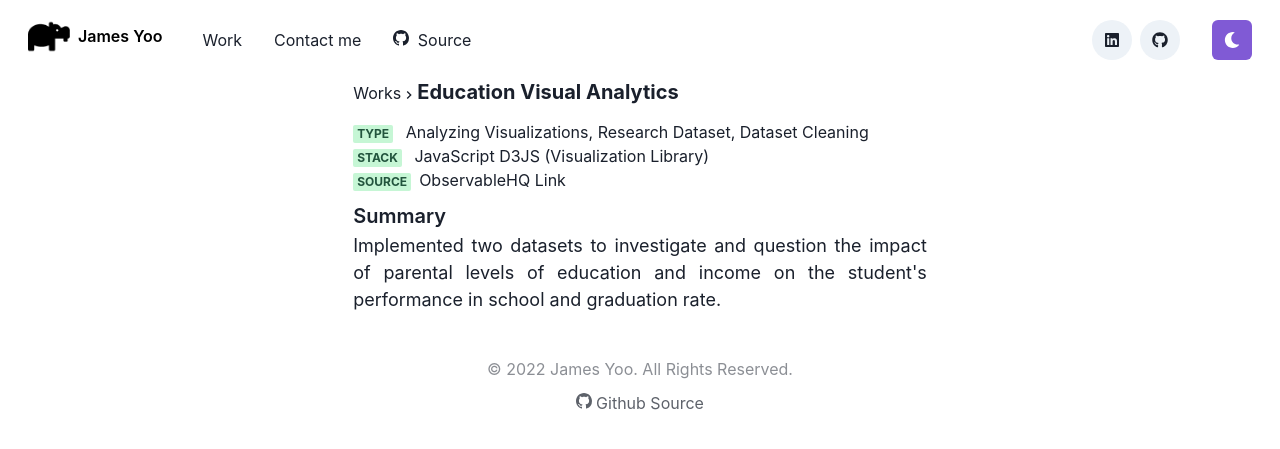
Repository: jammy729/portfolio-2022
Page: /work/educationvisualanalytics
An editor plug-in stored every save of this project. The page is shown before and after a run of saves, followed by the edit.
The browser window is 1280 px wide. The pictures show the whole page.
The project was rebuilt for these pictures with package versions that can differ from the ones it lists, and the page was loaded fresh each time. Also part of the build but not shown: src/components/home.js, src/components/contact.js, src/components/layouts/layout.js, src/components/work/work.js, src/components/work/Development/WorldInstitutionDatabase/worldinstitutiondatabase.js, src/components/work/Development/GeoMemories/geomemories.js, src/components/work/Design/ExperienceDesign/experiencedesign.js, src/components/work/Development/PersonalPortfolio/personalportfolio.js. Imported but missing from the stored project, and not drawn on this page: src/components/work/Design/FinestCup/finestcup, src/components/work/Development/WorldInstitutionDatabase/universityDatabase.mp4.

Above is the page before, as saved 2022-06-28 14:49:06.

### public/index.html
<!DOCTYPE html>
<html lang="en">
  <head>
    <meta charset="utf-8" />
    <meta name="viewport" content="width=device-width, initial-scale=1" />

    <link rel="shortcut icon" href="%PUBLIC_URL%/hippo.png" />
    <link rel="manifest" href="%PUBLIC_URL%/manifest.json" />

    <title>James Yoo</title>
  </head>
  <body>
    <div id="root"></div>
  </body>
</html>

### src/index.js
import React from 'react'
import ReactDOM from 'react-dom/client'
import './index.css'
import App from './components/App'
import { ChakraProvider, ColorModeScript } from '@chakra-ui/react'

const root = ReactDOM.createRoot(document.getElementById('root'))
root.render(
  <React.StrictMode>
    <ChakraProvider>
      <ColorModeScript initialColorMode='light' />
      <App />
    </ChakraProvider>
  </React.StrictMode>
)

### src/index.css
html, body {
    height: 100%;
  }

### src/components/App.js
import React from 'react'
import Navbar from './navbar'
import { BrowserRouter as Router, Routes, Route } from 'react-router-dom'
import Home from './home'
import Contact from './contact'
import Work from './work/work'
import Footer from './footer'

import UniversityDatabase from './work/Development/WorldInstitutionDatabase/worldinstitutiondatabase'
import GeoMemories from './work/Development/GeoMemories/geomemories'
import FinestCup from './work/Design/FinestCup/finestcup'
import ExperienceDesign from './work/Design/ExperienceDesign/experiencedesign'
import EducationVisualAnalytic from './work/Development/EducationVisualAnalytics/educationvisualanalytics'
import PersonalPortfolio from './work/Development/PersonalPortfolio/personalportfolio'

const App = () => {
  return (
    <Router>
      <Navbar />
      <Routes>
        <Route exact path='/' element={<Home />} />

        <Route exact path='/work' element={<Work />} />
        <Route
          exact
          path='/work/worldinstitutiondatabase'
          element={<UniversityDatabase />}
        />
        <Route exact path='/work/geomemories' element={<GeoMemories />} />
        <Route
          exact
          path='/work/educationvisualanalytics'
          element={<EducationVisualAnalytic />}
        />
        <Route
          exact
          path='/work/personalportfolio'
          element={<PersonalPortfolio />}
        />

        <Route exact path='/work/finestcup' element={<FinestCup />} />
        <Route
          exact
          path='/work/experiencedesign'
          element={<ExperienceDesign />}
        />
        <Route exact path='/contact' element={<Contact />} />
      </Routes>
      <Footer />
    </Router>
  )
}

export default App

### src/components/navbar.js
import { Link } from 'react-router-dom'
import { IconButton } from '@chakra-ui/button'
import { useColorMode } from '@chakra-ui/color-mode'
import { HamburgerIcon } from '@chakra-ui/icons'
import { GoMarkGithub } from 'react-icons/go'
import {
  Flex,
  Stack,
  HStack,
  Spacer,
  MenuItem,
  MenuButton,
  Menu,
  MenuList,
  Box,
  MenuGroup,
  Text,
  Icon
} from '@chakra-ui/react'
import { FaSun, FaMoon, FaGithub, FaLinkedin } from 'react-icons/fa'

import Logo from './logo'
const Navbar = () => {
  const { colorMode, toggleColorMode } = useColorMode()
  const isDark = colorMode === 'dark'
  return (
    <Stack direction={'row'} p={5}>
      <Flex w='full' mx={2}>
        <Logo />

        <HStack
          ml={7}
          justifyContent='center'
          display={{ base: 'none', lg: 'flex' }}
        >
          <Menu>
            <Box px={3}>
              <Link to='./work'>
                <Text>Work</Text>
              </Link>
            </Box>
            <Box px={3}>
              <Link to='/contact'>Contact me</Link>
            </Box>
            <Box px={3} alignItems='center' display='inline-flex'>
              <a
                href='https://github.com/jammy729/portfolio-2022'
                target='blank'
              >
                <Icon as={GoMarkGithub} mr={1} /> Source
              </a>
            </Box>
          </Menu>
        </HStack>

        <Spacer />

        <Box flex={3} align='right' fontSize='md' fontWeight='semibold'>
          <Box flex={1} display={{ base: 'inline-block', lg: 'none' }}>
            <Menu isLazy id='navbar-menu'>
              <IconButton
                boxSize='3rem'
                mx={1}
                icon={isDark ? <FaSun /> : <FaMoon />}
                onClick={toggleColorMode}
                colorScheme={isDark ? 'orange' : 'purple'}
              />
              <MenuButton
                boxSize='3rem'
                as={IconButton}
                icon={<HamburgerIcon />}
                aria-label='Options'
                colorScheme={isDark ? 'blue' : 'blackAlpha'}
              />
              <MenuList w={['80vw', '50vw']}>
                <MenuGroup>
                  <MenuItem pl={5}>
                    <Link to='./work'>Work</Link>
                  </MenuItem>
                  <MenuItem pl={5}>
                    <Link to='./contact'>Contact</Link>
                  </MenuItem>
                  <MenuItem pl={5}>
                    <a
                      href='https://www.linkedin.com/in/james-yoo-b4a1231a5/'
                      target='blank'
                    >
                      <Icon as={FaLinkedin} mr={1} />
                      LinkedIn
                    </a>
                  </MenuItem>
                  <MenuItem pl={5}>
                    <a href='https://github.com/jammy729' target='blank'>
                      <Icon as={GoMarkGithub} mr={1} />
                      GitHub
                    </a>
                  </MenuItem>
                </MenuGroup>
              </MenuList>
            </Menu>
          </Box>
        </Box>

        <Box display={{ base: 'none', lg: 'flex' }}>
          <a
            href='https://www.linkedin.com/in/james-yoo-b4a1231a5/'
            target='blank'
          >
            <IconButton
              icon={<FaLinkedin />}
              isRound='true'
              linkButton={true}
              mx={2}
            />
          </a>
          <a href='https://github.com/jammy729' target='blank'>
            <IconButton icon={<FaGithub />} isRound='true' linkButton={true} />
          </a>
          <IconButton
            ml={8}
            icon={isDark ? <FaSun /> : <FaMoon />}
            onClick={toggleColorMode}
            colorScheme={isDark ? 'orange' : 'purple'}
          />
        </Box>
      </Flex>
    </Stack>
  )
}

export default Navbar

### src/components/footer.js
import { Box, Icon, Text, Container, HStack } from '@chakra-ui/react'
import styled from '@emotion/styled'
import { GoMarkGithub } from 'react-icons/go'

const Bottom = styled.div`
  position: relative;
  width: 100%;
  text-align: center;
  padding-bottom: 10px;
`

const Footer = () => {
  return (
    <Box as='footer'  w="100%" position="absolute" justifyContent="space-between" mt='2rem'>
      <Container opacity={0.5}>
        <Bottom>
          &copy; {new Date().getFullYear()} James Yoo. All Rights Reserved.
        </Bottom>
      </Container>

      <HStack>
        <Bottom>
          <a
            href='https://github.com/jammy729/portfolio-2022'
            target='_blank'
            rel='noopener noreferrer'
          >
            <Text
              opacity={0.7}
              _hover={{
                opacity: '1'
              }}
            >
              <Icon as={GoMarkGithub} mr={1} />
              Github Source
            </Text>
          </a>
        </Bottom>
      </HStack>
    </Box>
  )
}

export default Footer

### src/components/work/Development/EducationVisualAnalytics/educationvisualanalytics.js
import React from 'react'
import { Title, WorkImage, Tag } from '../../../layouts/work-grid'
import { Box, Container, List, ListItem } from '@chakra-ui/react'
import { Writing, DescriptionText } from '../../layout'

const EducationVisualAnalytics = () => {
  return (
    <Box>
      <Container>
        <Title>Education Visual Analytics</Title>

        {/* BADGES  */}
        <List>
          <ListItem>
            <Tag> Type </Tag> Analyzing Visualizations, Research Dataset,
            Dataset Cleaning
          </ListItem>
          <ListItem>
            <Tag> Stack </Tag> JavaScript D3JS (Visualization Library)
          </ListItem>
          <ListItem>
            <Tag> Source </Tag>
            <a href='https://observablehq.com/@jamesyoo/iat-355-final-project-spring-2021/2'>
              ObservableHQ Link
            </a>
          </ListItem>
        </List>

        {/* SUMMARY   */}
        <Writing size='md' title='Summary' />
        <DescriptionText>
          Implemented two datasets to investigate and question the impact of
          parental levels of education and income on the student's performance
          in school and graduation rate.
        </DescriptionText>
      </Container>
    </Box>
  )
}

export default EducationVisualAnalytics

/* <Center>
<Container>
  <Title>Education Visual Analytic</Title>
  <Text fontSize={isLargeScreen ? "lg" : "lg"} py={3}>
    Designed and implemented an interactive visualization for
    multidimensional data using Observable.{" "}
  </Text>
  <Text fontSize={isLargeScreen ? "lg" : "lg"} py={3}>
    Implemented two datasets to investigate and question the impact of
    parental levels of education and income on the student's performance
    in school and graduation rate.
  </Text>
  <List py={2}>
    <ListItem>
      <Tag>Type</Tag> Academic Project
    </ListItem>
    <ListItem>
      <Tag>Stack</Tag> JavaScript and D3JS (visualization library)
    </ListItem>
    <ListItem>
      <Tag>Website</Tag>{" "}
      <a href="https://observablehq.com/@jamesyoo/iat-355-final-project-spring-2021/2">
        https://observablehq.com/@jamesyoo/iat-355-final-project-spring-2021/2
      </a>
    </ListItem>
  </List>
</Container>
</Center> */

### src/components/logo.js
import React from 'react'
import { Box, Center, Image, Heading, Text } from '@chakra-ui/react'
import { Link } from 'react-router-dom'
import { useColorMode } from '@chakra-ui/color-mode'
import styled from '@emotion/styled'
import HippoImg from '../contents/hippo.png'
import HippoImgDark from '../contents/hippo-dark.png'
import { useMediaQuery } from '@chakra-ui/react'

const LogoBox = styled.span`
  display: inline-flex;
  align-items: center;

  &:hover img {
    transform: rotate(-10deg);
  }
`
const Logo = () => {
  const { colorMode } = useColorMode()
  const isDark = colorMode === 'dark'
  const [isLargeScreen] = useMediaQuery('(min-width:750px)')
  return (
    <Box>
      <Center>
        <LogoBox>
          <Image
            src={isDark ? HippoImgDark : HippoImg}
            w={{ base: '50px' }}
            pr={2}
          />
          <Heading
            justifyContent='center'
            size={isLargeScreen ? 'md' : 'md'}
            fontWeight='semibold'
            color={isDark ? 'white' : 'black'}
          >
            <Link to='/'>
              <Text fontSize='md'>James Yoo</Text>
            </Link>
          </Heading>
        </LogoBox>
      </Center>
    </Box>
  )
}

export default Logo

### src/components/layouts/work-grid.js
import React from 'react'
import { Link } from 'react-router-dom'
import {
  Box,
  LinkBox,
  LinkOverlay,
  Text,
  Image,
  Heading,
  Badge,
  Center
} from '@chakra-ui/react'
import { useMediaQuery } from '@chakra-ui/media-query'
import { ChevronRightIcon } from '@chakra-ui/icons'
import { useColorMode } from '@chakra-ui/color-mode'

export const WorkGrid = ({ children, id, title, thumbnail }) => {
  const [isLargeScreen] = useMediaQuery('(min-width:750px)')

  return (
    <Box maxW='100%' maxH='auto' pb={6} textAlign='center' position='relative'>
      <Link to={`/work/${id}`}>
        <LinkBox cursor='pointer'>
          <Image
            objectFit='cover'
            margin='auto'
            src={thumbnail}
            alt={title}
            placeholder='blur'
            w='100%'
            h={isLargeScreen ? '300px' : '270px'}
            borderRadius='lg'
            fallbackSrc='https://via.placeholder.com/150'
          />
          <LinkOverlay to={`/work/${id}`}>
            <Text mt={2} fontSize={20} fontWeight='semibold'>
              {title}
            </Text>
          </LinkOverlay>
          <Text fontSize={14} px={5}>
            {children}
          </Text>
        </LinkBox>
      </Link>
    </Box>
  )
}

export const Title = ({ children }) => (
  <Box>
    <Link to='/work'>Works</Link>
    <span>
      <ChevronRightIcon />
    </span>
    <Heading display='inline-block' as='h3' fontSize={20} mb={4}>
      {children}
    </Heading>
  </Box>
)

export const WorkImage = ({ src, alt, caption, w }) => {
  const { colorMode } = useColorMode()

  const isDark = colorMode === 'dark'
  return (
    <Box mb={3}>
      <Image borderRadius='2xl' w={w} src={src} alt={alt} mt={4} />
      <Center>
        <Text color={isDark ? 'gray.300' : 'gray.500'}>{caption}</Text>
      </Center>
    </Box>
  )
}

export const Tag = ({ children }) => (
  <Badge colorScheme='green' mr={2}>
    {children}
  </Badge>
)

### src/components/work/layout.js
import React from 'react'
import { Link } from 'react-router-dom'
import { useColorMode } from '@chakra-ui/color-mode'
import { useMediaQuery } from '@chakra-ui/media-query'

import {
  Center,
  Flex,
  Box,
  Text,
  Button,
  Stack,
  Heading,
  Image
} from '@chakra-ui/react'
import profile from '../work/Home/profile.JPG'
export const HeroSection = ({ name, role, work, contact, src }) => {
  const { colorMode } = useColorMode()
  const isDark = colorMode === 'dark'

  const [isLargeScreen] = useMediaQuery('(min-width:750px)')
  return (
    <Center>
      <Flex>
        <Box>
          <Center>
            <Image
              boxSize={isLargeScreen ? '300px' : '250px'}
              src={profile}
              objectFit='cover'
              borderRadius='lg'
            />
          </Center>

          <Text fontSize='3xl' fontWeight='semibold'>
            {name}
          </Text>
          <Text color={isDark ? 'gray.200' : 'black'} mb={4}>
            {role}
          </Text>
          <Stack direction={isLargeScreen ? 'row' : 'column'}>
            <Link to='./work'>
              <Button
                colorScheme='teal'
                cursor='pointer'
                variant='solid'
                w='100%'
              >
                {work}
              </Button>
            </Link>

            <Link to='./contact'>
              <Button
                colorScheme='teal'
                cursor='pointer'
                variant='outline'
                w='100%'
              >
                {contact}
              </Button>
            </Link>
          </Stack>
        </Box>
      </Flex>
    </Center>
  )
}

export const About = ({ title, bio }) => {
  const [isLargeScreen] = useMediaQuery('(min-width:750px)')

  return (
    <Center>
      <Box width={isLargeScreen ? '600px' : '80%'} margin='auto'>
        <Heading size={isLargeScreen ? 'md' : 'lg'} as='u'>
          {title}
        </Heading>
        <Text
          textAlign='justify'
          py='10px'
          fontSize={{ sm: 'lg', md: 'lg', lg: 'md' }}
        >
          {bio}
        </Text>
      </Box>
    </Center>
  )
}

export const Writings = ({ size, title, description }) => {
  return (
    <>
      <Heading size={size} mt={3} mb={1} fontWeight='semibold'>
        {title}
      </Heading>
      <Text mb={3} fontSize='lg' textAlign='justify'>
        {description}
      </Text>
    </>
  )
}

export const Writing = ({ size, title }) => {
  return (
    <>
      <Heading size={size} mt={3} mb={1} fontWeight='semibold'>
        {title}
      </Heading>
    </>
  )
}

export const DescriptionText = ({ children }) => {
  return (
    <>
      <Text mb={3} fontSize='lg' textAlign='justify'>
        {children}
      </Text>
    </>
  )
}

After the next 2 saves:
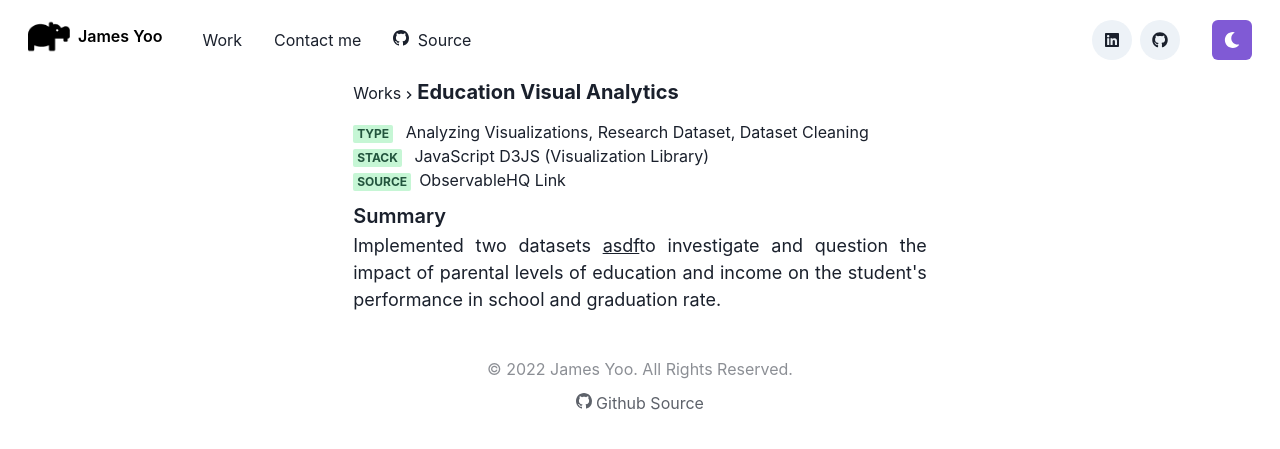
The 2 saves are shown as one change because they came seconds apart.
The last was saved 62 s later.
--- a/src/components/work/Development/EducationVisualAnalytics/educationvisualanalytics.js
+++ b/src/components/work/Development/EducationVisualAnalytics/educationvisualanalytics.js
@@ -29,7 +29,7 @@
         {/* SUMMARY   */}
         <Writing size='md' title='Summary' />
         <DescriptionText>
-          Implemented two datasets to investigate and question the impact of
+          Implemented two datasets <u>asdf</u>to investigate and question the impact of
           parental levels of education and income on the student's performance
           in school and graduation rate.
         </DescriptionText>

After the save that followed:
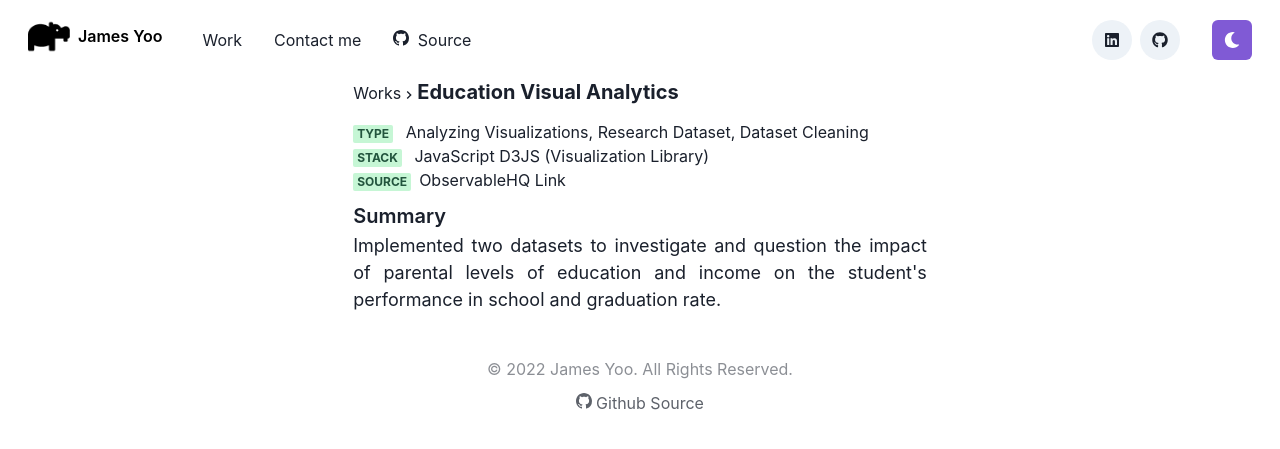
Saved 6 s later.
--- a/src/components/work/Development/EducationVisualAnalytics/educationvisualanalytics.js
+++ b/src/components/work/Development/EducationVisualAnalytics/educationvisualanalytics.js
@@ -29,7 +29,7 @@
         {/* SUMMARY   */}
         <Writing size='md' title='Summary' />
         <DescriptionText>
-          Implemented two datasets <u>asdf</u>to investigate and question the impact of
+          Implemented two datasets to investigate and question the impact of
           parental levels of education and income on the student's performance
           in school and graduation rate.
         </DescriptionText>
